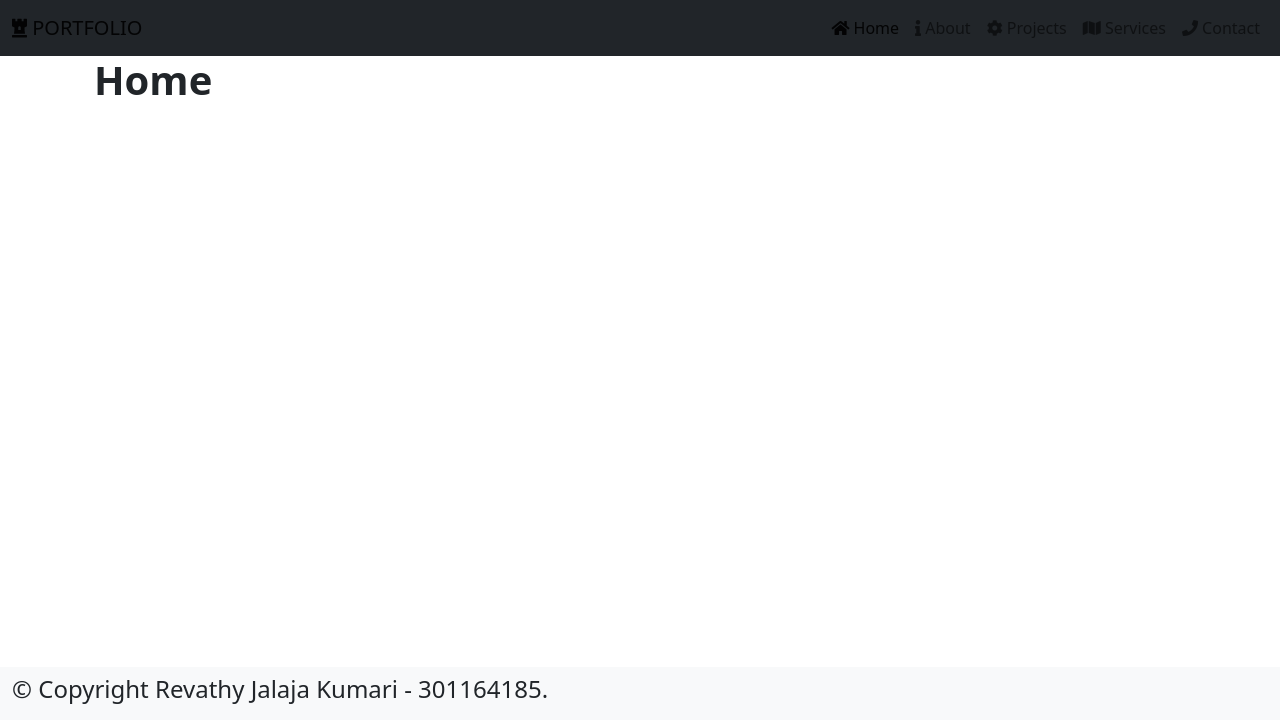
Repository: RevathyJK/Portfolio
Page: http://localhost/
The author's editor kept a copy of each file at every save. The page is drawn from the files as they stood at one save, then again after the next save.
The browser window is 1280 px wide. The pictures show the whole page.
The page is served by the project's Node server (server.js). Other server files are loaded and not shown.

Above is the page before, as saved 2021-09-30 14:46:51.

### Server/Views/index.ejs
<!DOCTYPE html>
<html lang="en">
<head>
    <meta charset="UTF-8">
    <meta http-equiv="X-UA-Compatible" content="IE=edge">
    <meta name="viewport" content="width=device-width, initial-scale=1.0">
    <title><%= title %></title>
    <!-- CSS Section -->
    <link rel="stylesheet" href="./Content/app.css">
    <link rel="stylesheet" href="./bootstrap/dist/css/bootstrap.min.css">
    <link rel="stylesheet" href="./@fortawesome/fontawesome-free/css/all.min.css">
</head>
<body>
    <!-- Main Navigation Section -->
    <header>
      <%- include('components/header.ejs'); %>
    </header>


    <!-- Content Section -->
    <main>
      <div class="container">
        <%- include('content/' + page + '.ejs'); %>
      </div>
    </main>

    <footer>
    <%- include('components/footer.ejs'); %>
    </footer>

    <!-- JavaScript Section -->
    <script src="./jquery/dist/jquery.min.js"></script>
    <script src="./bootstrap/dist/js/bootstrap.min.js"></script>
    <script src="./@fortawesome/fontawesome-free/js/all.min.js"></script>

    <script src="./Scripts/app.js"></script>
</body>
</html>

### Server/Views/components/header.ejs
<nav class="navbar navbar-expand-lg navbar-light bg-dark">
  <div class="container-fluid">
    <a class="navbar-brand" href="/"><i class="fas fa-chess-rook"></i> PORTFOLIO</a>
    <button class="navbar-toggler" type="button" data-bs-toggle="collapse" data-bs-target="#navbarSupportedContent" aria-controls="navbarSupportedContent" aria-expanded="false" aria-label="Toggle navigation">
      <span class="navbar-toggler-icon"></span>
    </button>
    <div class="collapse navbar-collapse" id="navbarSupportedContent">
      <ul class="navbar-nav ms-auto mb-2 mb-lg-0">
        <li class="nav-item">
          <a class="nav-link active" href="/home"><i class="fas fa-home"></i> Home</a>
        </li>
        <li class="nav-item">
          <a class="nav-link" href="/about"><i class="fas fa-info"></i> About</a>
        </li>
        <li class="nav-item">
          <a class="nav-link" href="/projects"><i class="fas fa-cog"></i> Projects</a>
        </li>
        <li class="nav-item">
          <a class="nav-link" href="/services"><i class="fas fa-map"></i> Services</a>
        </li>

        <li class="nav-item">
          <a class="nav-link" href="/contact"><i class="fas fa-phone"></i> Contact</a>
        </li>
      </ul>
    </div>
  </div>
</nav>

### Server/Views/content/home.ejs
<div class="container">
        <h1><strong><%= title %></strong></h1>
</div>

### Server/Views/components/footer.ejs
<nav class="navbar fixed-bottom navbar-light bg-light">
    <div class="container-fluid">
        <h4>&copy; Copyright Revathy Jalaja Kumari - 301164185.</h4>
    </div>
</nav>

### server.js
#!/usr/bin/env node
"use strict";
/**
 * Module dependencies.
 */
var __importDefault = (this && this.__importDefault) || function (mod) {
    return (mod && mod.__esModule) ? mod : { "default": mod };
};
Object.defineProperty(exports, "__esModule", { value: true });
const app_1 = __importDefault(require("./Server/Config/app"));
const debug_1 = __importDefault(require("debug"));
(0, debug_1.default)('comp229-f2021-lesson4:server');
const http_1 = __importDefault(require("http"));
/**
 * Get port from environment and store in Express.
 */
let port = normalizePort(process.env.PORT || '3000');
app_1.default.set('port', port);
/**
 * Create HTTP server.
 */
let server = http_1.default.createServer(app_1.default);
/**
 * Listen on provided port, on all network interfaces.
 */
server.listen(port);
server.on('error', onError);
server.on('listening', onListening);
/**
 * Normalize a port into a number, string, or false.
 */
function normalizePort(val) {
    let port = parseInt(val, 10);
    if (isNaN(port)) {
        // named pipe
        return val;
    }
    if (port >= 0) {
        // port number
        return port;
    }
    return false;
}
/**
 * Event listener for HTTP server "error" event.
 */
function onError(error) {
    if (error.syscall !== 'listen') {
        throw error;
    }
    let bind = typeof port === 'string'
        ? 'Pipe ' + port
        : 'Port ' + port;
    // handle specific listen errors with friendly messages
    switch (error.code) {
        case 'EACCES':
            console.error(bind + ' requires elevated privileges');
            process.exit(1);
            break;
        case 'EADDRINUSE':
            console.error(bind + ' is already in use');
            process.exit(1);
            break;
        default:
            throw error;
    }
}
/**
 * Event listener for HTTP server "listening" event.
 */
function onListening() {
    let addr = server.address();
    let bind = typeof addr === 'string'
        ? 'pipe ' + addr
        : 'port ' + addr.port;
    (0, debug_1.default)('Listening on ' + bind);
}
//# sourceMappingURL=server.js.map

### Server/Routes/index.js
"use strict";
var __importDefault = (this && this.__importDefault) || function (mod) {
    return (mod && mod.__esModule) ? mod : { "default": mod };
};
Object.defineProperty(exports, "__esModule", { value: true });
const express_1 = __importDefault(require("express"));
const router = express_1.default.Router();
exports.default = router;

/* GET home page. */
router.get('/', function (req, res, next) {
    res.render('index', { title: 'Home', page: 'home' });
});
/* GET home page. */
router.get('/home', function (req, res, next) {
    res.render('index', { title: 'Home', page: 'home' });
});
/* GET about page. */
router.get('/about', function (req, res, next) {
    res.render('index', { title: 'About Us', page: 'about' });
});
/* GET projects page. */
router.get('/projects', function (req, res, next) {
    res.render('index', { title: 'Our Projects', page: 'projects' });
});
/* GET services page. */
router.get('/services', function (req, res, next) {
    res.render('index', { title: 'Our Services', page: 'services' });
});
/* GET contact page. */
router.get('/contact', function (req, res, next) {
    res.render('index', { title: 'Contact Us', page: 'contact' });
});

//module.exports = router;
//# sourceMappingURL=index.js.map

### Client/Scripts/app.js
"use strict";
/* custom js goes here */
// IIFE - Immediately Invoked Function Expression (AKA an anonymous self-executing function)
(function () {
    function Start() {
        console.log("App Started...");
    }
    window.addEventListener("load", Start);
})();
//# sourceMappingURL=app.js.map

Loaded but not shown: Client/Content/app.css (common file)

After the next save:
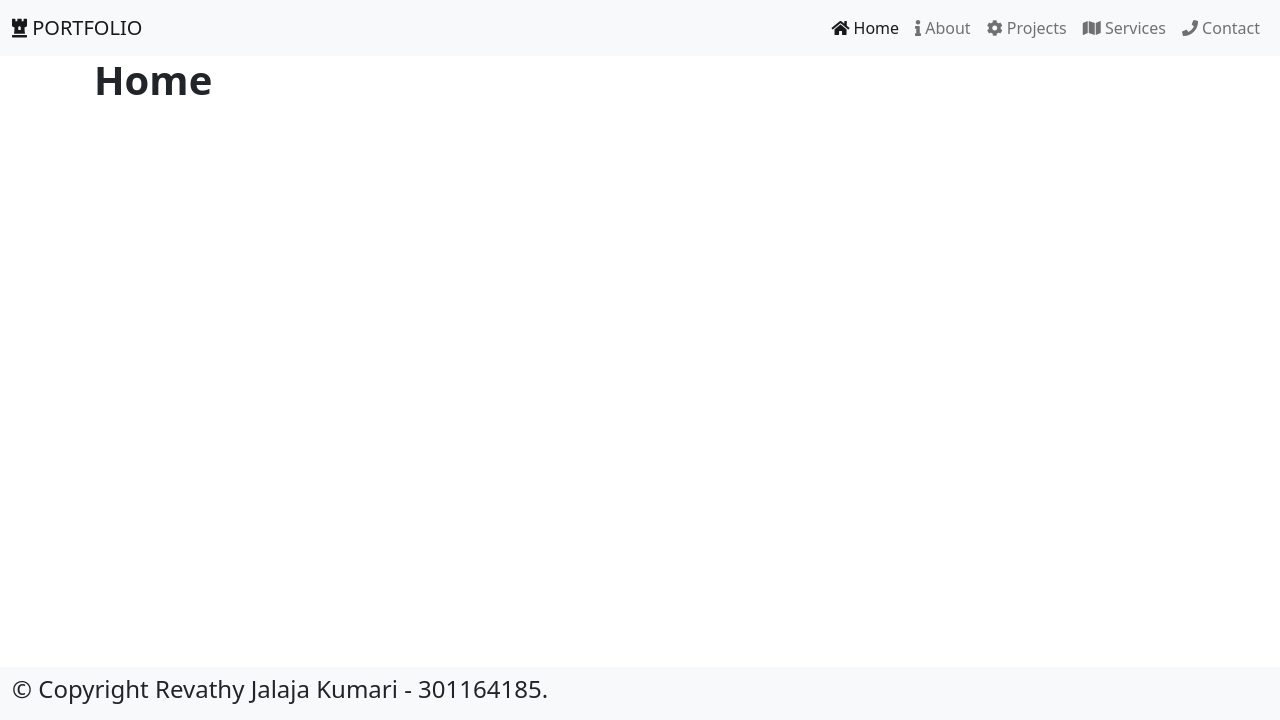
Saved 14 s later.
--- a/Server/Views/components/header.ejs
+++ b/Server/Views/components/header.ejs
@@ -1,4 +1,4 @@
-<nav class="navbar navbar-expand-lg navbar-light bg-dark">
+<nav class="navbar navbar-expand-lg navbar-light bg-light">
   <div class="container-fluid">
     <a class="navbar-brand" href="/"><i class="fas fa-chess-rook"></i> PORTFOLIO</a>
     <button class="navbar-toggler" type="button" data-bs-toggle="collapse" data-bs-target="#navbarSupportedContent" aria-controls="navbarSupportedContent" aria-expanded="false" aria-label="Toggle navigation">
